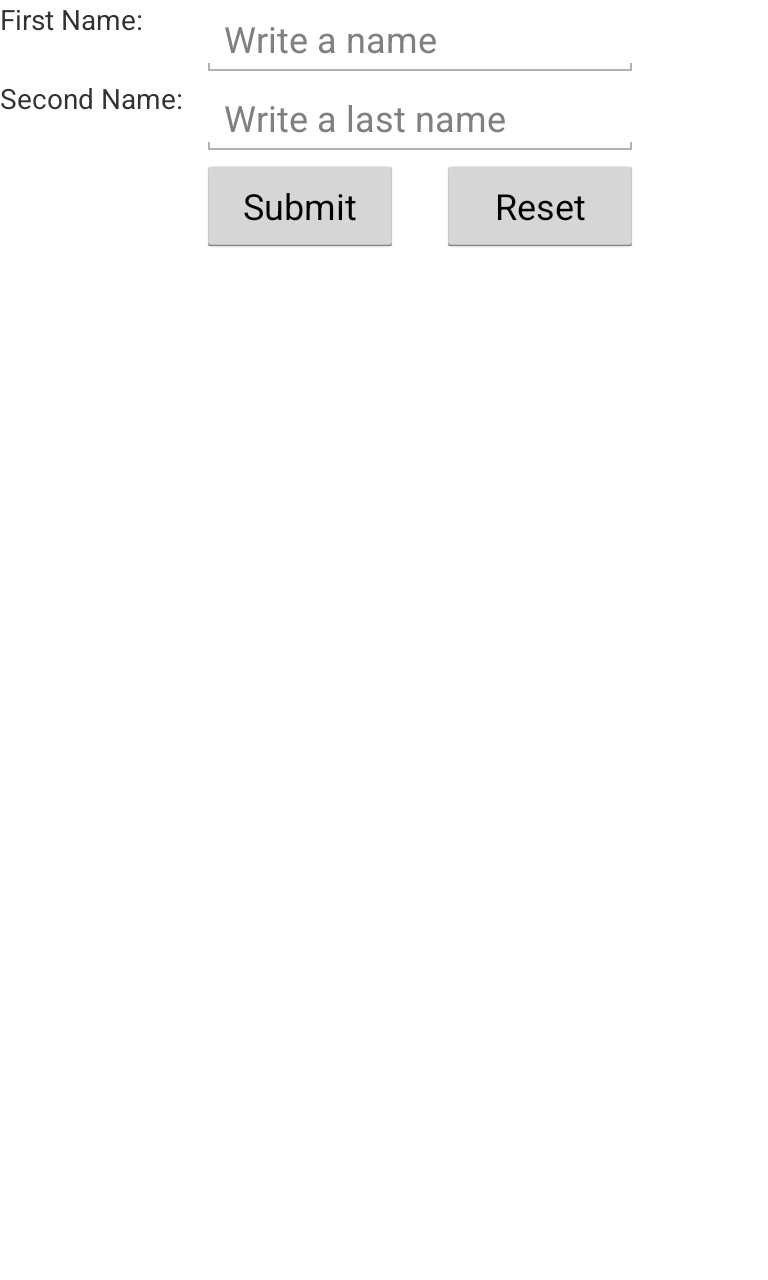
Repository: hugoM1/trainingNaranya
Layout: Layouts/res/layout/activity_relative_layout.xml
These files come from the project's save history. The layout is drawn as it stood at one moment and after the next save; the edit follows.
It is drawn on a 768 x 1280 px phone screen (xhdpi) without system bars, with theme AppTheme; the app's code is not run.

Above is the layout before, as saved 2013-08-14 02:40:31.

### Layouts/res/layout/activity_relative_layout.xml
<?xml version="1.0" encoding="utf-8"?>
<RelativeLayout
    android:id="@+id/RelativeLayout01"
	android:layout_width="fill_parent"
	android:layout_height="fill_parent"
	xmlns:android="http://schemas.android.com/apk/res/android">
	<TextView
	    android:id="@+id/TextView1"
		android:layout_width="wrap_content"
		android:layout_height="wrap_content"
		android:text="@string/first_name"
		android:width="100dp" />
	<EditText
	    android:id="@+id/EditText1"
	    android:layout_width="220dp"
		android:layout_height="wrap_content"
		android:layout_toRightOf="@+id/TextView1"
		android:hint="@string/text_hint1"/>
	<EditText
	    android:id="@+id/EditText2"
	    android:layout_width="220dp"
		android:layout_height="wrap_content"
		android:layout_below="@+id/EditText1"
		android:layout_alignLeft="@+id/EditText1"
		android:hint="@string/text_hint2" />
	<TextView
	    android:id="@+id/TextView2"
		android:layout_width="wrap_content"
		android:layout_height="wrap_content"
		android:text="Second Name:"
		android:width="100dp"
		android:layout_below="@+id/EditText1"
		android:layout_toLeftOf="@+id/EditText2" />
	<Button
	    android:text="Submit"
	    android:id="@+id/Button1"
		android:layout_width="100dp"
		android:layout_height="wrap_content"
		android:layout_below="@id/EditText2"
		android:layout_alignLeft="@id/EditText2" />
	<Button
	    android:text="Reset"
	    android:id="@+id/Button2"
		android:layout_width="100dp"
		android:layout_height="wrap_content"
		android:layout_below="@id/EditText2"
		android:layout_alignRight="@id/EditText2" />
</RelativeLayout>

### Layouts/res/values/strings.xml
<?xml version="1.0" encoding="utf-8"?>
<resources>

    <string name="app_name">Layouts</string>
    <string name="action_settings">Settings</string>
    <string name="hello_world">Hello world!</string>
    <string name="button1">Table Layout</string>
    <string name="button2">Absolute Layout</string>
    <string name="button3">Relative Layout</string>
    <string name="button4">Frame LAyout</string>
    <string name="title_activity_table_layout">TableLayoutActivity</string>
    <string name="title_activity_absolute_layout">AbsoluteLayoutActivity</string>
    <string name="title_activity_relative_layout">RelativeLayoutActivity</string>
    <string name="title_activity_frame_layout">FrameLayoutActivity</string>
    <string name="first_name">First Name:</string>
    <string name="last_name">Last Name:</string>
    <string name="submit_button">Submit</string>
	<string name="reset_button">Reset</string>
	<string name="msg">Android is Cool!</string>
	<string name="image_desc">Android cool image</string>
	<string name="text_hint1">Write a name</string>
	<string name="text_hint2">Write a last name</string>
</resources>

Loaded but not shown: Layouts/res/values/styles.xml (common file); Layouts/res/values-v11/styles.xml (common file); Layouts/res/values-v14/styles.xml (common file)

After the next save:
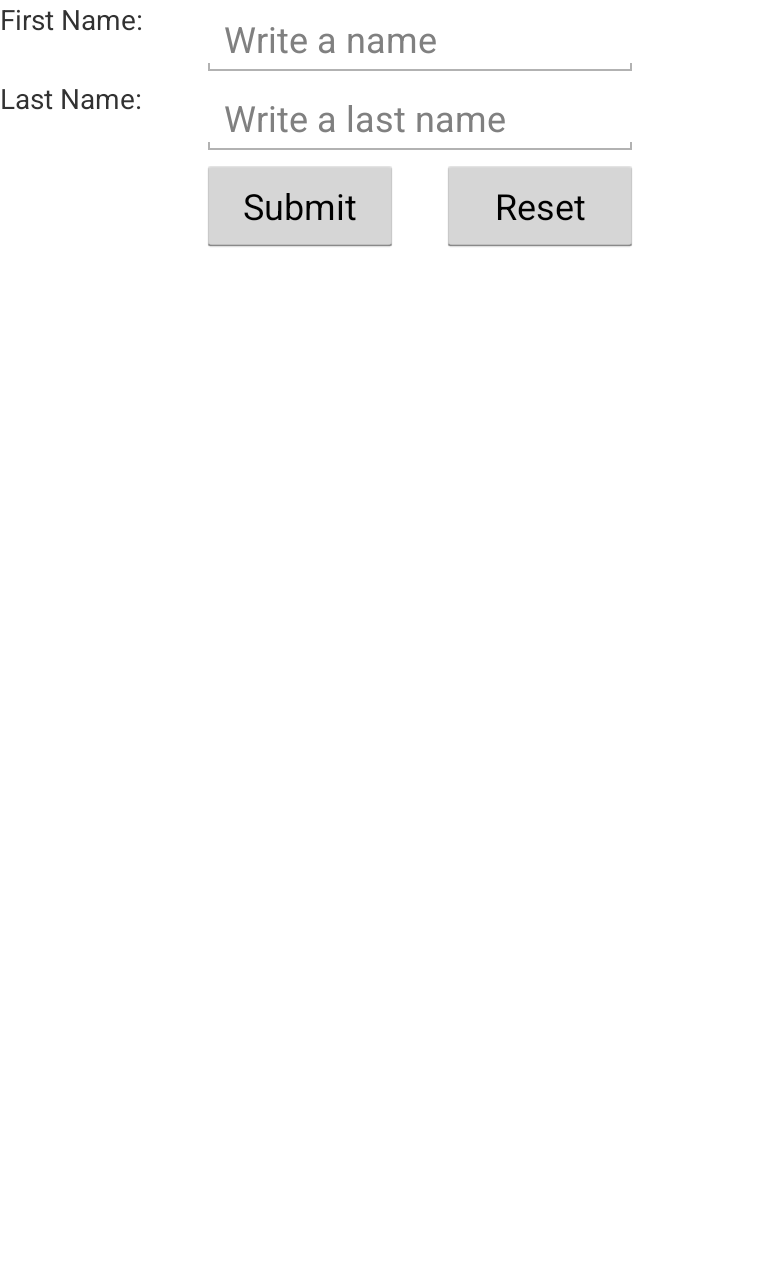
Saved 19 s later.
--- a/Layouts/res/layout/activity_relative_layout.xml
+++ b/Layouts/res/layout/activity_relative_layout.xml
@@ -27,7 +27,7 @@
 	    android:id="@+id/TextView2"
 		android:layout_width="wrap_content"
 		android:layout_height="wrap_content"
-		android:text="Second Name:"
+		android:text="@string/last_name"
 		android:width="100dp"
 		android:layout_below="@+id/EditText1"
 		android:layout_toLeftOf="@+id/EditText2" />
